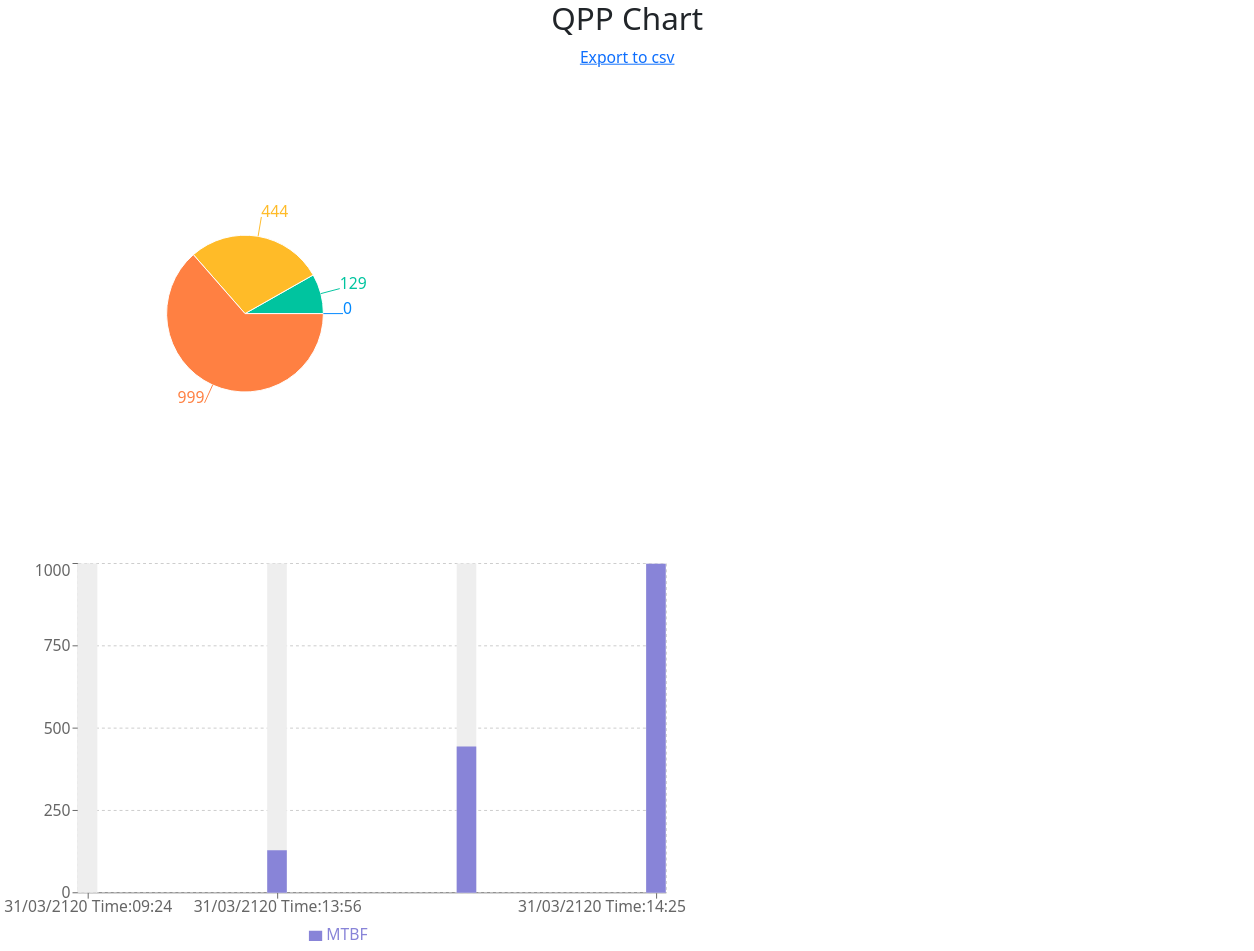
Repository: exiled-kal/ReactChartPrac
Page: /
An editor plug-in stored every save of this project. The page is shown before and after the next save, followed by the edit.
The browser window is 1280 px wide. The pictures show the whole page, at 98% of full size.
The project was rebuilt for these pictures with package versions that can differ from the ones it lists, and the page was loaded fresh each time.

Above is the page before, as saved 2021-04-18 15:48:55.

### src/App.js
import './App.css';
import {CSVLink} from 'react-csv';

import {
  PieChart,
  Pie,
  Tooltip,
  BarChart,
  Bar,
  XAxis,
  YAxis,
  CartesianGrid,
  Legend,
  Cell,
} from 'recharts';

const data = [
  {
    StartDateTime: '31/03/2120 Time:09:24',
    SystemUpTime: 6,
    OperationTime: 0,
    DownTime: 0,
    IdleTime: 0,
    MTBF: 0,
    MTBA: 0,
    TotalQuantityIn: 0,
    TotalQuantityOut: 0,
    TotalPassed: 0,
    TotalFailed: 0,
    TotalYield: 0,
    SoftJam: 0,
    HardJam: 0,
    SprintUPH: 514,
  },
  {
    LotID: 'QPP_Test',
    ProductType: 'RB',
    StartDateTime: '31/03/2120 Time:13:56',
    SystemUpTime: 499,
    OperationTime: 129,
    DownTime: 0,
    IdleTime: 364,
    MTBF: 129,
    MTBA: 129,
    TotalQuantityIn: 33,
    TotalQuantityOut: 12,
    TotalPassed: 2,
    TotalFailed: 10,
    TotalYield: 16,
    SoftJam: 0,
    HardJam: 0,
    SprintUPH: 514,
  },
  {
    LotID: 'QPP_Test',
    ProductType: 'RB',
    StartDateTime: '31/03/2120 Time:14:10',
    SystemUpTime: 1481,
    OperationTime: 444,
    DownTime: 0,
    IdleTime: 1028,
    MTBF: 444,
    MTBA: 444,
    TotalQuantityIn: 33,
    TotalQuantityOut: 28,
    TotalPassed: 4,
    TotalFailed: 24,
    TotalYield: 14,
    SoftJam: 0,
    HardJam: 0,
    SprintUPH: 514,
  },
  {
    LotID: 'QPP_Test',
    ProductType: 'RB',
    StartDateTime: '31/03/2120 Time:14:25',
    SystemUpTime: 2680,
    OperationTime: 999,
    DownTime: 0,
    IdleTime: 1581,
    MTBF: 999,
    MTBA: 999,
    TotalQuantityIn: 33,
    TotalQuantityOut: 170,
    TotalPassed: 61,
    TotalFailed: 109,
    TotalYield: 35,
    SoftJam: 0,
    HardJam: 0,
    SprintUPH: 514,
  },
];
const COLORS = ['#0088FE', '#00C49F', '#FFBB28', '#FF8042', '#ff0000'];

const csvReport = {
  filename: './data/data.csv',
  data: data,
};

function App() {
  return (
    <div style={{textAlign: 'center'}}>
      <h2>QPP Chart</h2>
      <CSVLink {...csvReport}>Export to csv</CSVLink>
      <br />
      <div className="App">
        <PieChart width={500} height={500}>
          <Pie
            dataKey="MTBF"
            isAnimationActive={true}
            data={data}
            cx="50%"
            cy="50%"
            outerRadius={80}
            fill="#8884d8"
            label="Start Date Time"
          >
            {data.map((entry, index) => (
              <Cell
                key={`cell-${index}`}
                fill={COLORS[index % COLORS.length]}
              />
            ))}
          </Pie>
          <Tooltip />
        </PieChart>
        <BarChart
          width={700}
          height={400}
          data={data}
          margin={{
            top: 5,
            right: 20,
            left: 20,
            bottom: 5,
          }}
          barSize={20}
        >
          <XAxis
            dataKey="StartDateTime"
            scale="point"
            padding={{left: 10, right: 10}}
          />

          <YAxis />
          <Tooltip />
          <Legend />
          <CartesianGrid strokeDasharray="3 3" />
          <Bar dataKey="MTBF" fill="#8884d8" background={{fill: '#eee'}} />
        </BarChart>
      </div>
    </div>
  );
}

export default App;

### src/App.css
.App {
  text-align: center;
  /* display: flex; */
  justify-content: space-around;
  align-items: center;
}

Loaded but not shown: public/index.html (common file); src/index.js (common file); src/index.css (common file); src/reportWebVitals.js (common file)

After the next save:
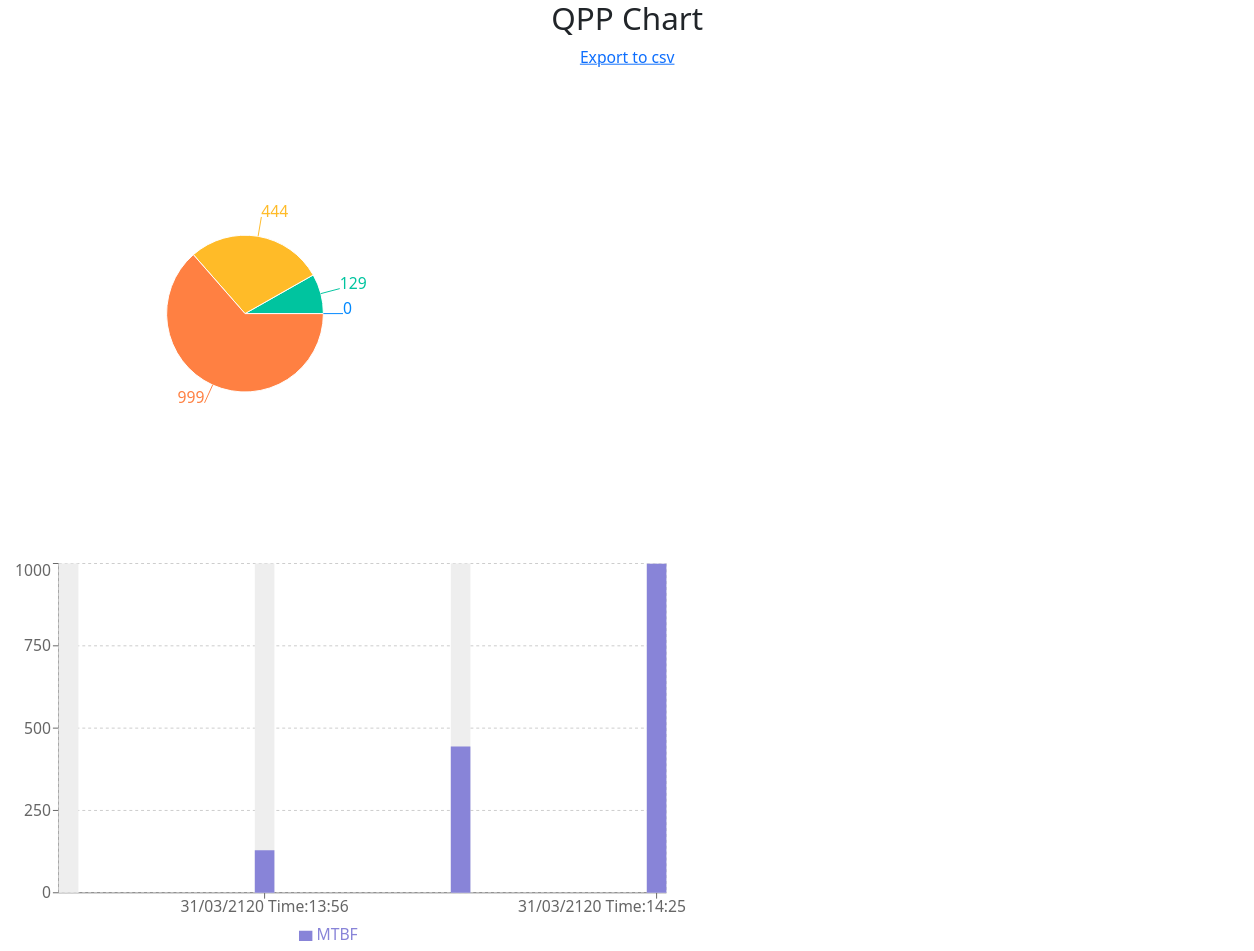
Saved 6 s later.
--- a/src/App.js
+++ b/src/App.js
@@ -131,7 +131,7 @@ function App() {
           margin={{
             top: 5,
             right: 20,
-            left: 20,
+            left: 0,
             bottom: 5,
           }}
           barSize={20}
